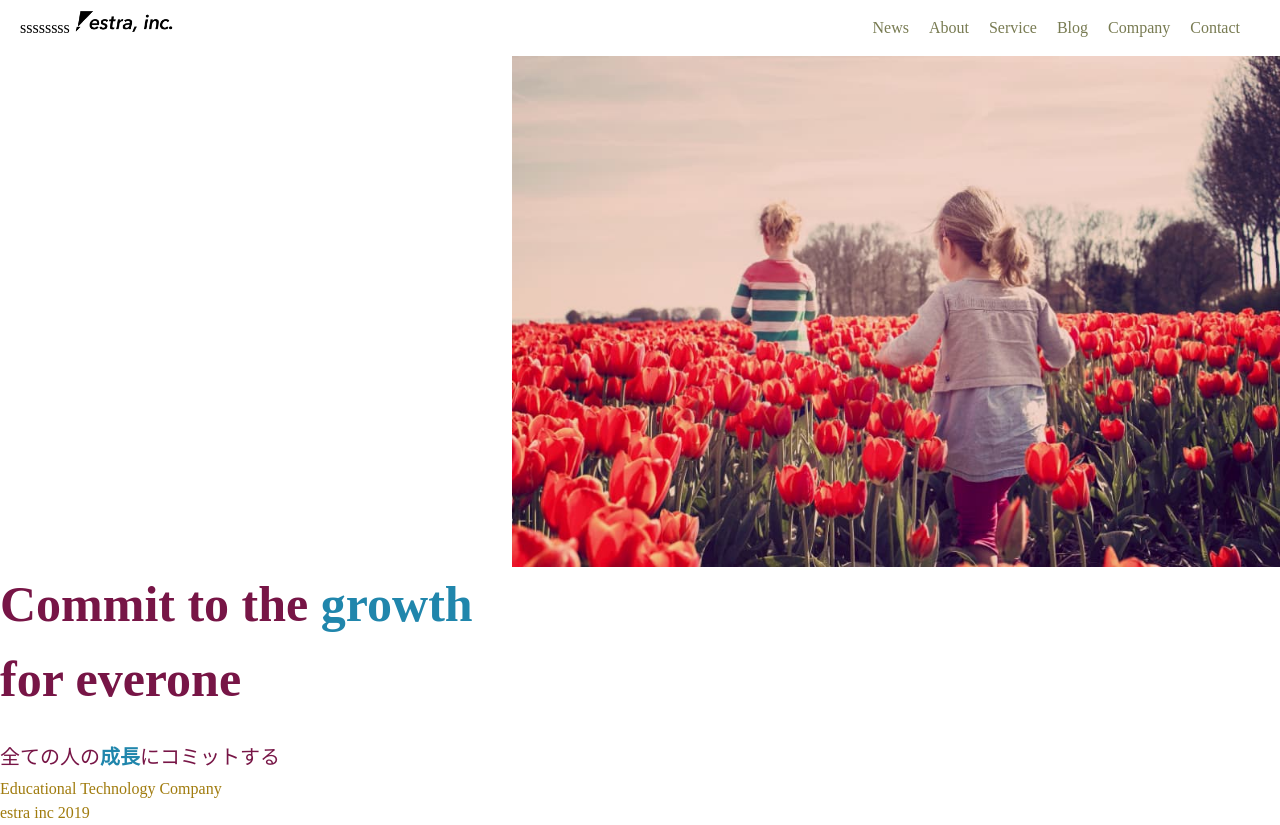
Repository: masanarimiura/20220504miura
Page: index.html
The author's editor kept a copy of each file at every save. The page is drawn from the files as they stood at one save, then again after a run of saves.
The browser window is 1280 px wide. The pictures show the whole page.
Some web fonts or font styles are not loaded; a fallback is used.

Above is the page before, as saved 2022-05-04 18:35:23.

### index.html
<!DOCTYPE html>
<html lang="ja">

<head>
  <meta charset="UTF-8">
  <meta http-equiv="X-UA-Compatible" content="IE=edge">
  <meta name="viewport" content="width=device-width, initial-scale=1.0">
  <title>20220504miura</title>
  <link rel="stylesheet" href="css/reset.css">
  <link rel="stylesheet" href="css/style.css">
  <link rel="preconnect" href="https://fonts.googleapis.com">
  <link rel="preconnect" href="https://fonts.gstatic.com" crossorigin>
  <link href="https://fonts.googleapis.com/css2?family=Gochi+Hand&display=swap" rel="stylesheet">
</head>
<header class="header">
  <div class="header-inner">
    <div class="header-logo">
      <a href="">ssssssss
        <img src="img/estra_logo.png" alt="">
      </a>
    </div>
    <nav class="header-nav">
      <ul class="header-nav-list">
        <li class="header-nav-item"><a href="" class="header-nav-link">
            News
          </a></li>
        <li class="header-nav-item"><a href="" class="header-nav-link">
            About
          </a></li>
        <li class="header-nav-item"><a href="" class="header-nav-link">
            Service
          </a></li>
        <li class="header-nav-item"><a href="" class="header-nav-link">
            Blog
          </a></li>
        <li class="header-nav-item"><a href="" class="header-nav-link">
            Company
          </a></li>
        <li class="header-nav-item"><a href="" class="header-nav-link">
            Contact
          </a></li>
      </ul>
    </nav>
  </div>
</header>
<div class="firstview">
  <img src="img/firstview.jpg" alt="">
  <div class="firstview-inner">
    <h2 class="firstview-ttl">
      Commit to the <span class="firstview-text-emphasis">growth</span> <br>for everone
    </h2>
    <div class="firstview">
      <p class="firstview-text">
        全ての人の<span class="firstview-text-emphasis">成長</span>にコミットする
      </p>
      <p class="firstview-en">
        Educational Technology Company <br>estra inc 2019
      </p>
    </div>
  </div>
</div>

<body>

</body>

</html>

### css/style.css
a {
  text-decoration: none;
  color: inherit;
}
.header {
  width: 100%;
}
.header-inner {
  display: flex;
  justify-content: space-between;
  margin: 10px 20px;
}
.header img {
  width: 100px;
}
.header-nav {
  margin: 10px 20px;
}
.header-nav-list {
  display: flex;
  justify-content: center;
}
.header-nav-item {
  color: rgb(120, 123, 82);
}
.header-nav-item:not(:last-child) {
  padding-right: 20px;
}
.firstview {
  width: 100%;
  position: relative;
}
.firstview-inner {
  position: absolute;
  t
}
.firstview img {
  width: 60%;
  margin: 0 0 0 auto;
  display: block;
}
.firstview-ttl {
  color: rgb(119, 21, 70);
  font-size: 50px;
  font-family: "Gochi Hand", cursive;
  line-height: 1.5;
}
.firstview-text {
  color: rgb(119, 21, 70);
  font-size: 20px;
  margin-top: 30px;
}
.firstview-en {
  color: rgb(160, 123, 13);
  line-height: 1.5;
  margin-top: 10px;
}
.firstview-text-emphasis {
  color: rgb(32, 134, 172);
  font-weight: bold;
}

Loaded but not shown: css/reset.css (common file)

After the next 9 saves:
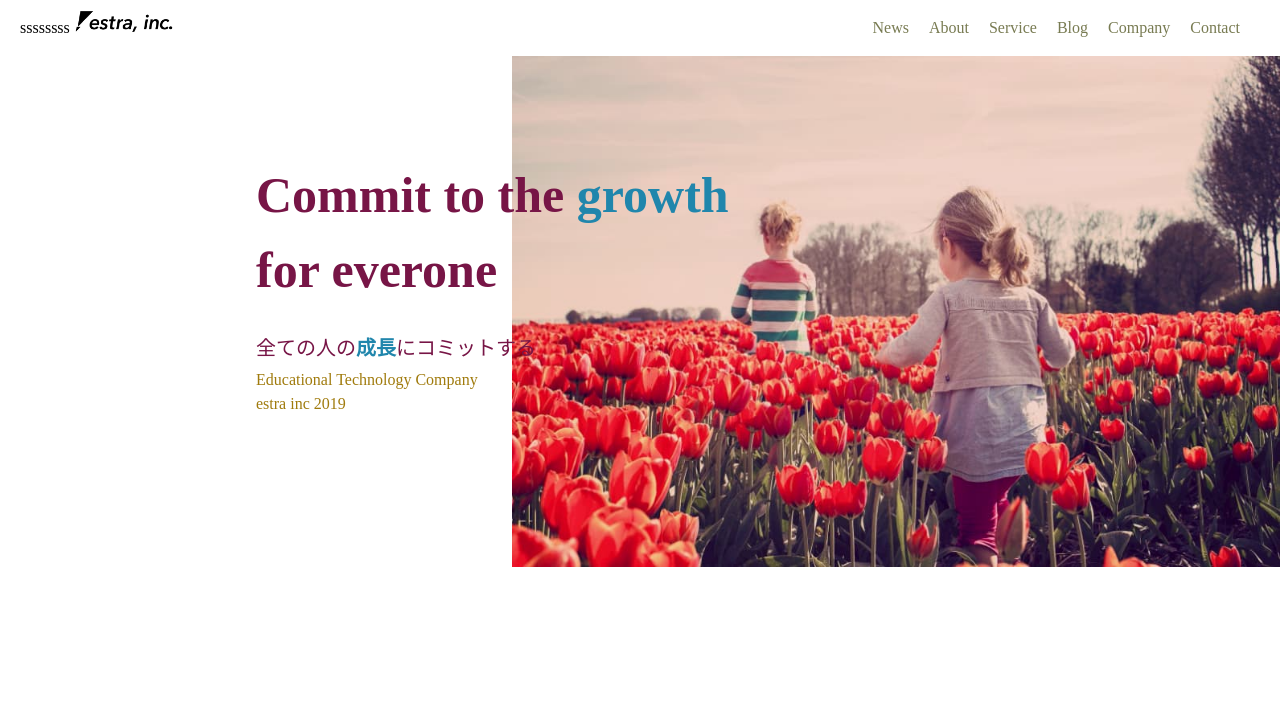
The 9 saves are shown as one change because they came seconds apart.
The last was saved 21 s later.
--- a/css/style.css
+++ b/css/style.css
@@ -32,7 +32,8 @@ a {
 }
 .firstview-inner {
   position: absolute;
-  t
+  top: 20%;
+  left: 20%;
 }
 .firstview img {
   width: 60%;
